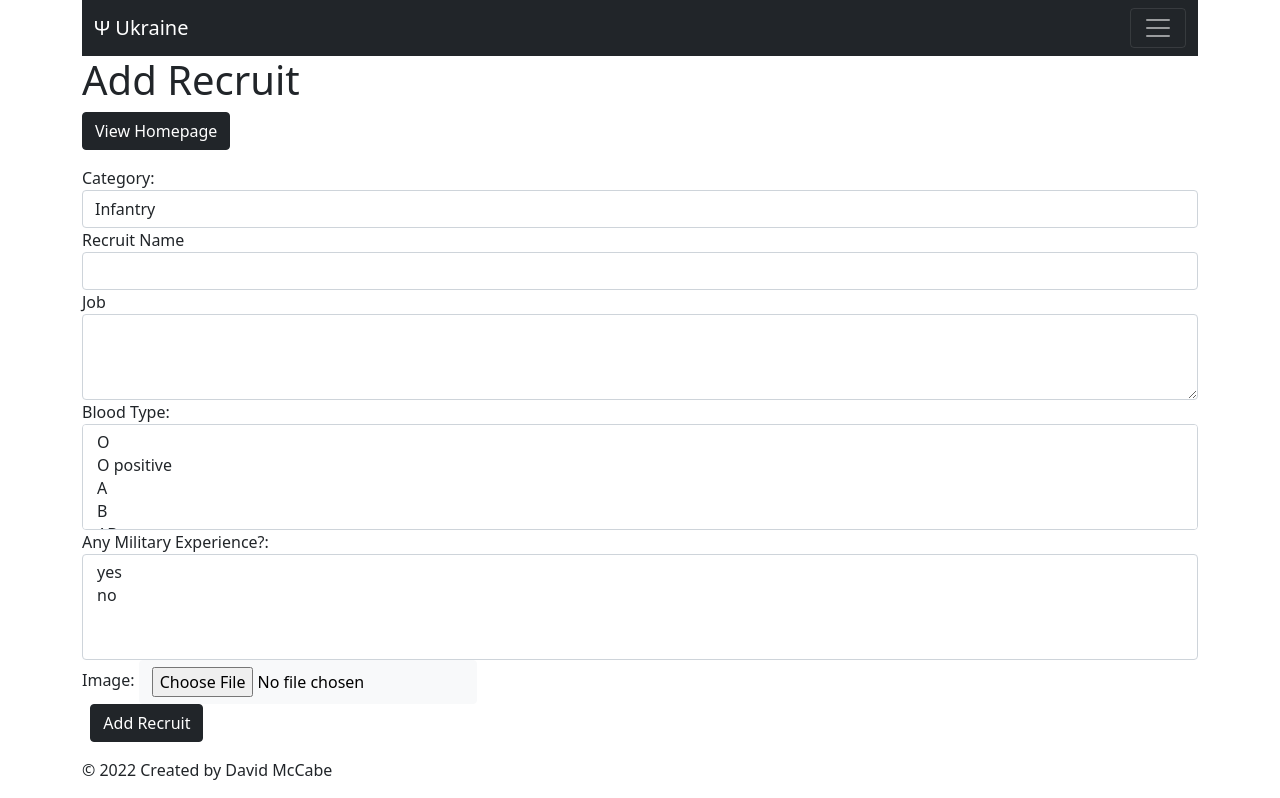
Repository: davidDKIT/ca2-davidmccabe-php
Page: http://localhost/add_record_form.php
An editor plug-in stored every save of this project. The page is shown before and after the next save, followed by the edit.
The browser window is 1280 px wide. The pictures show the whole page.
The page is run by PHP 8.4 with error messages shown; the project is at /var/www/html/. The database holds what the project's SQL file puts in it.

Above is the page before, as saved 2022-03-15 22:32:44.

After the next save:
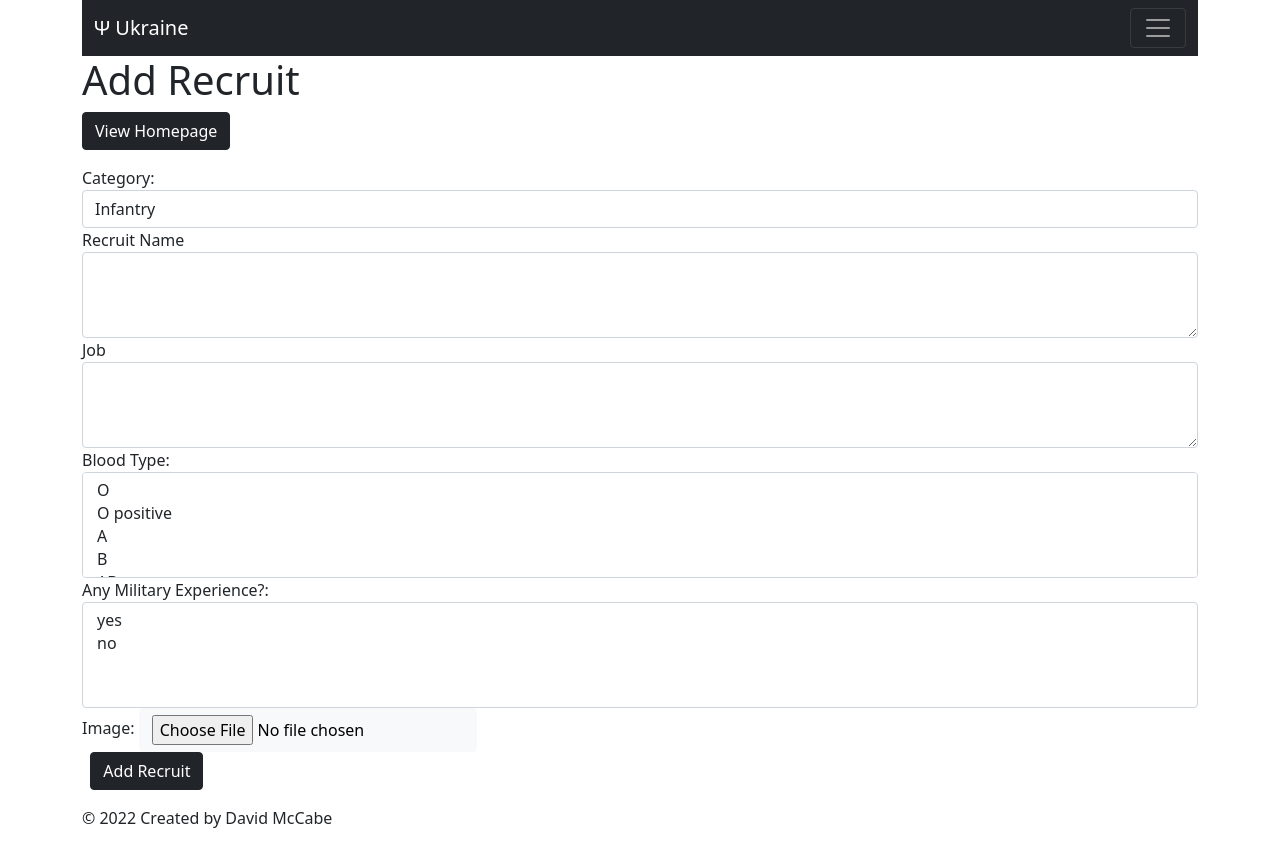
Saved 56 s later.
--- a/add_record_form.php
+++ b/add_record_form.php
@@ -29,7 +29,7 @@ $statement->closeCursor();
     </div>
     <div class="form-group">
       <label for="exampleFormControlTextarea1">Recruit Name</label>
-      <input class="form-control" id="recruitName" name="recruitName" onBlur="recruitName_validation();"><span id="rid_err"></span></li>
+      <textarea class="form-control" id="exampleFormControlTextarea1" name="recruitName" rows="3"></textarea>
       <label for="exampleFormControlTextarea1">Job</label>
       <textarea class="form-control" id="exampleFormControlTextarea1" name="job" rows="3"></textarea>
       <label for="exampleFormControlSelect2">Blood Type:</label>
@@ -53,7 +53,7 @@ $statement->closeCursor();
     <input class="btn btn-dark" type="submit" value="Add Recruit">
     <br>
   </form>
-  <script src= "validation.js"></script>
+
   <?php
   include('includes/footer.php');
   ?>
